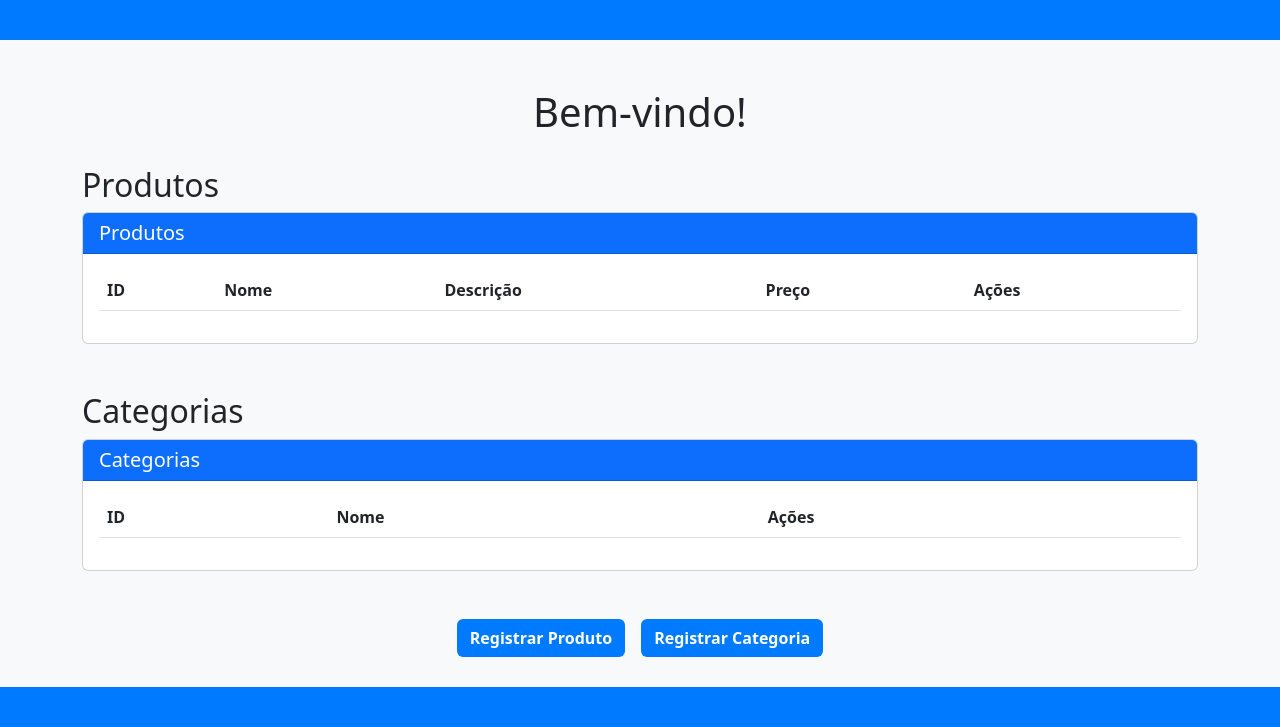
Repository: Gugalzg/sistema-cadastro
Page: http://localhost/index
These files come from the project's save history. The page is drawn as it stood at one moment and after the next save; the edit follows.
The browser window is 1280 px wide. The pictures show the whole page.
The page is this project's Thymeleaf template; nobody is signed in. The template is opened directly, without the code that normally fills it, so the values that code supplies are empty.

Above is the page before, as saved 2025-01-02 13:15:14.

After the next save:
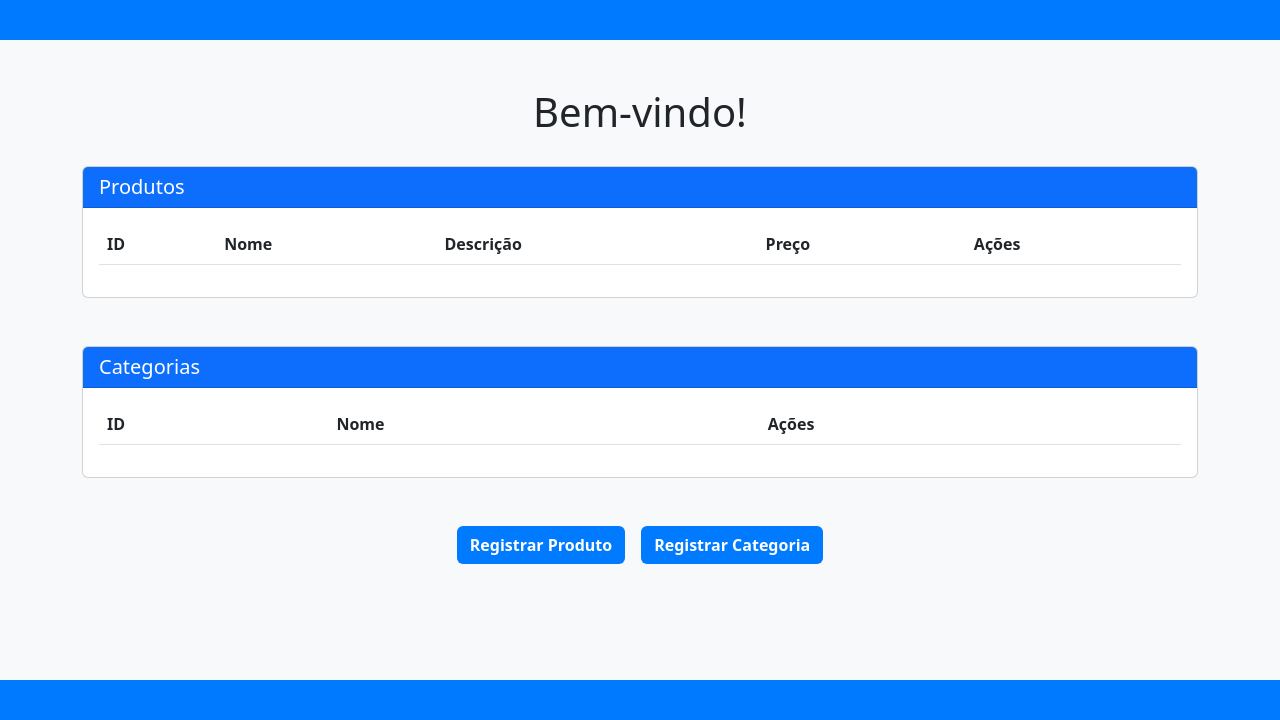
Saved 71 s later.
--- a/demo/src/main/resources/templates/index.html
+++ b/demo/src/main/resources/templates/index.html
@@ -59,7 +59,6 @@
 
         <!-- Seção de Produtos -->
         <div>
-            <h2>Produtos</h2>
             <div class="card">
                 <div class="card-header bg-primary text-white">
                     <h5 class="mb-0">Produtos</h5>
@@ -100,7 +99,6 @@
 
         <!-- Seção de Categorias -->
         <div class="mt-5">
-            <h2>Categorias</h2>
             <div class="card">
                 <div class="card-header bg-primary text-white">
                     <h5 class="mb-0">Categorias</h5>
